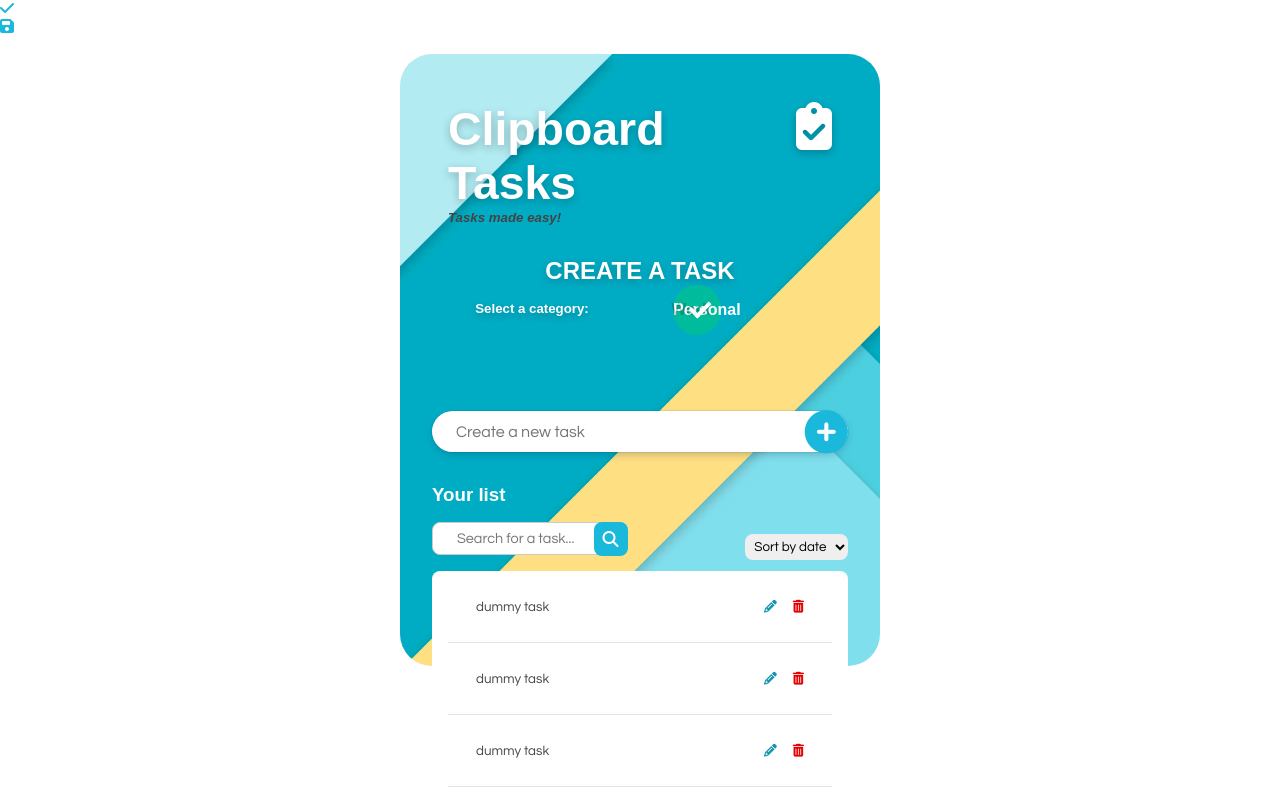
Repository: WesleyErasmus/Todo-App
Page: todoApp.html
An editor plug-in stored every save of this project. The page is shown before and after a run of saves, followed by the edit.
The browser window is 1280 px wide. The pictures show the whole page.
Some web fonts or font styles are not loaded; a fallback is used. Some web libraries are served in a nearby version.

Above is the page before, as saved 2022-06-12 17:08:10.

After the next 5 saves:
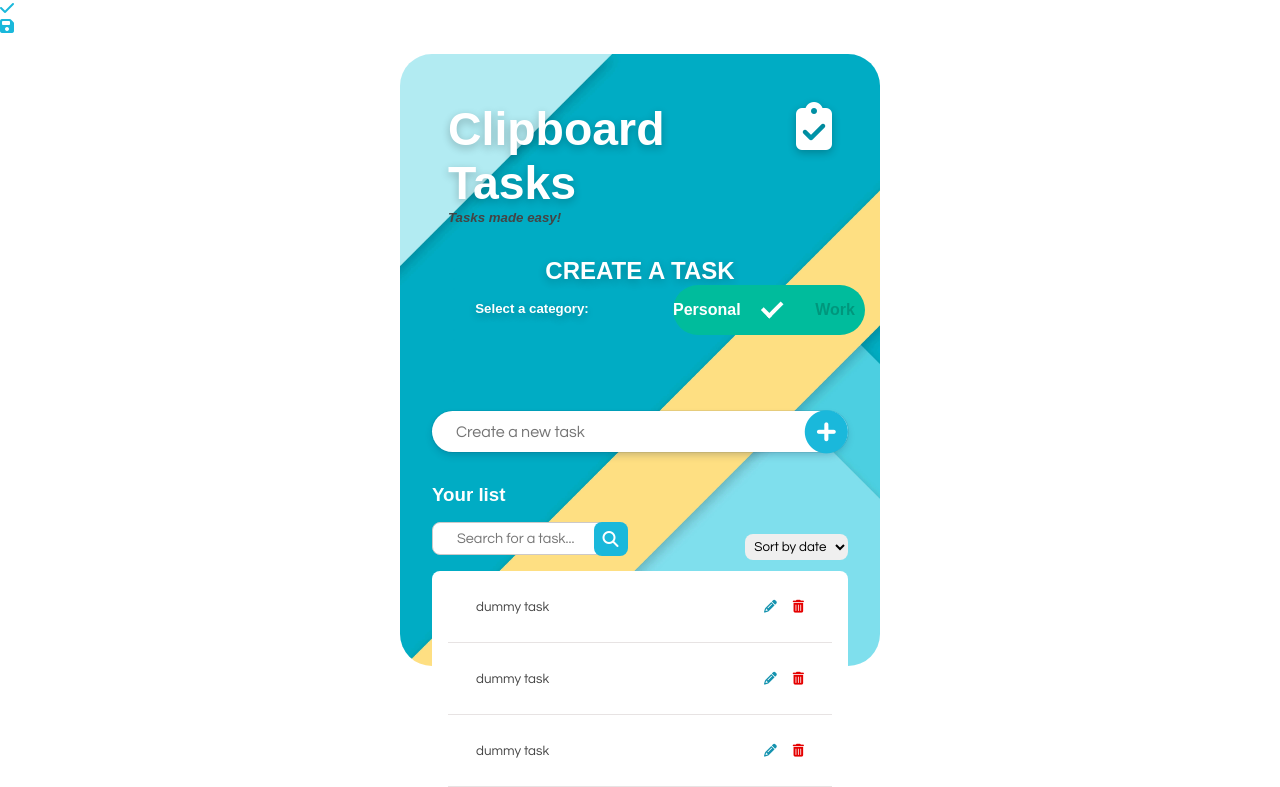
The 5 saves are shown as one change because they came seconds apart.
The last was saved 15 s later.
--- a/source/css/todoApp.css
+++ b/source/css/todoApp.css
@@ -350,7 +350,7 @@ option {
     position: absolute;
     top: 50%;
     left: 50%;
-    width: 3rem;
+    width: 12rem;
     height: 50px;
     text-align: center;
     margin: -30px 0 0 -75px;
